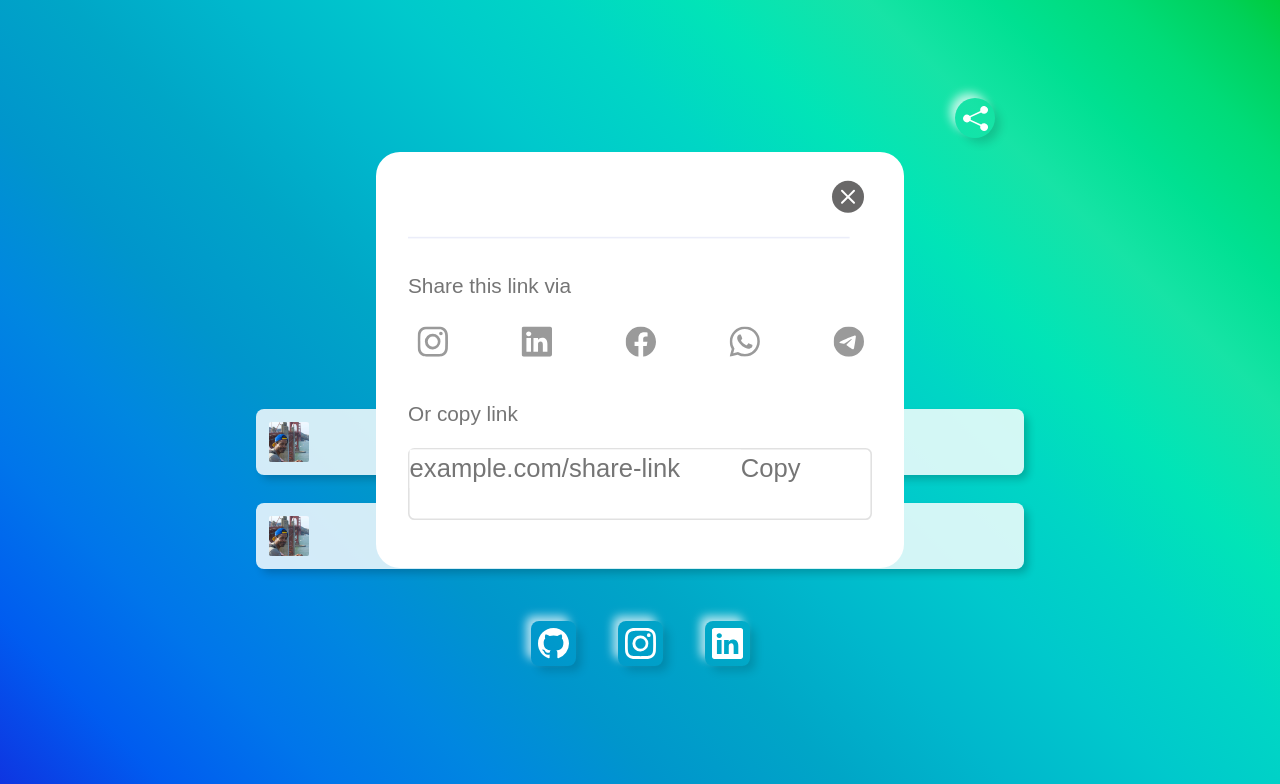
Repository: MateLaDBrouille97/linktree
Page: /
The author's editor kept a copy of each file at every save. The page is drawn from the files as they stood at one save, then again after the next save.
The browser window is 1280 px wide. The pictures show the whole page.
The project was rebuilt for these pictures with package versions that can differ from the ones it lists, and the page was loaded fresh each time. The framework's server and built-in components were replaced by stand-ins that run in the browser. Also part of the build but not shown: next.config.js, styles/Home.module.css, styles/scrollup.css.

Above is the page before, as saved 2023-01-24 02:08:00.

After the next save:
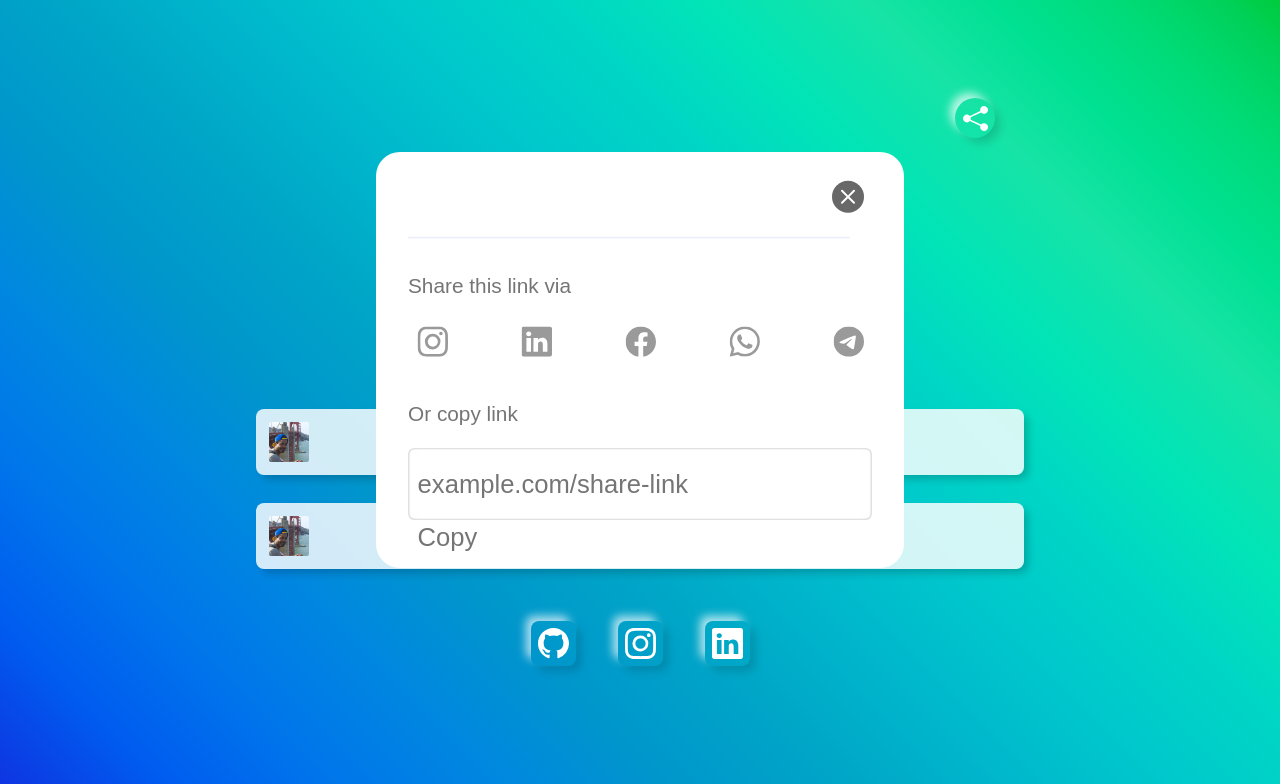
Saved 2 min 39 s later.
--- a/styles/share.css
+++ b/styles/share.css
@@ -173,4 +173,12 @@ header .close {
     height:45px;
     border: 1px solid #e1e1e1;
     border-radius: 4px;
+    padding: 0 5px;
 }
+
+.field input{
+    border: none;
+    outline: none;
+    height: 100%;
+    width: 100%;
+}
